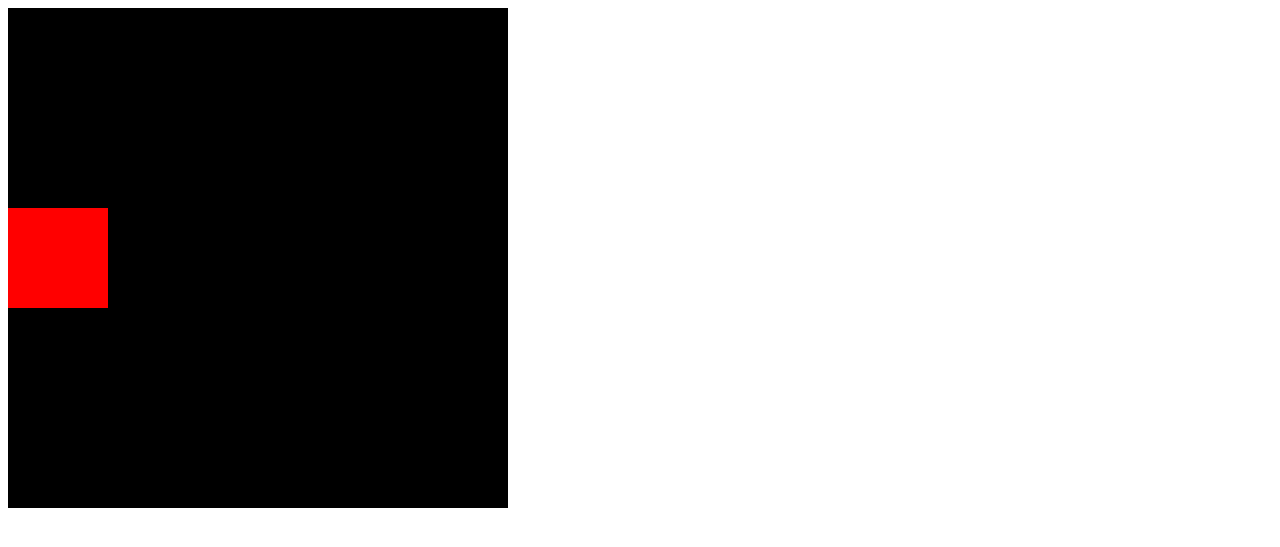
Repository: WAY-C/JSCodes
Page: 笔面试题/编程题/元素垂直居中/元素垂直居中.html
The author's editor kept a copy of each file at every save. The page is drawn from the files as they stood at one save, then again after the next save.
The browser window is 1280 px wide. The pictures show the whole page.

Above is the page before, as saved 2021-09-06 21:50:31.

After the next save:
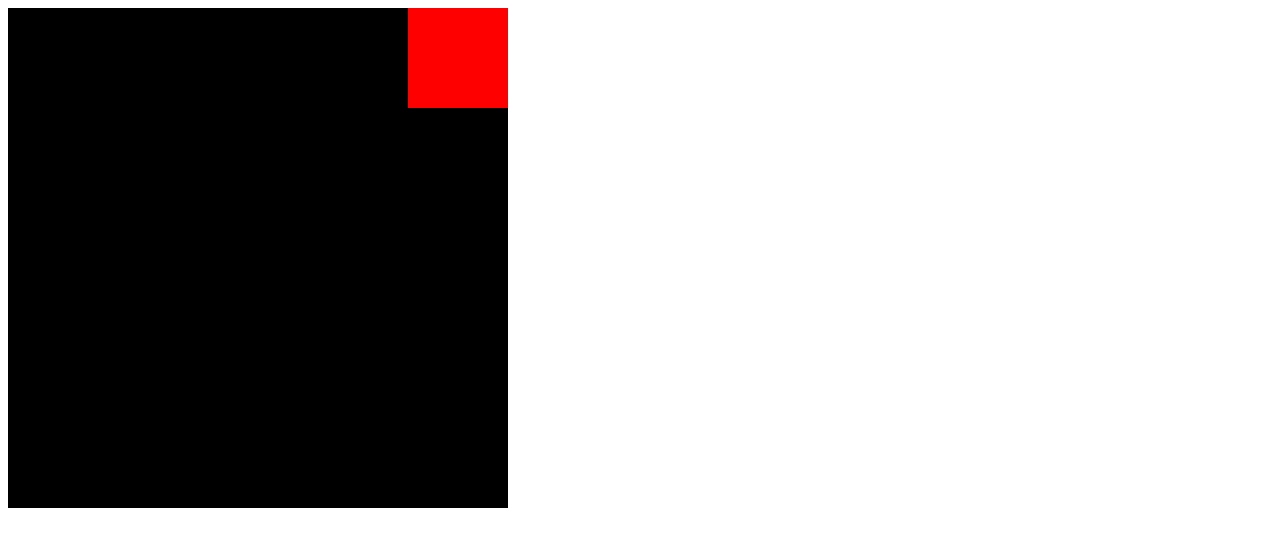
Saved 19 s later.
--- a/笔面试题/编程题/元素垂直居中/元素垂直居中.html
+++ b/笔面试题/编程题/元素垂直居中/元素垂直居中.html
@@ -62,8 +62,8 @@
             height: 100px;
             background: #f00;
             top: 0;
-            /* right: 0; */
-            bottom: 0;
+            right: 0;
+            /* bottom: 0; */
             /* left: 0; */
             margin: auto;
         }
